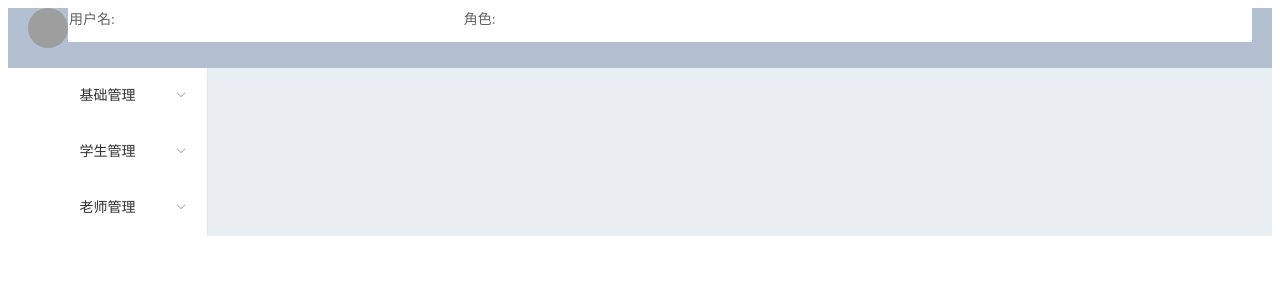
Repository: lwm9704/school-front
Page: /#/home
An editor plug-in stored every save of this project. The page is shown before and after the next save, followed by the edit.
The browser window is 1280 px wide. The pictures show the whole page.
Pictures or frames that could not be fetched are drawn as grey boxes. The project was rebuilt for these pictures with package versions that can differ from the ones it lists, and the page was loaded fresh each time. Also part of the build but not shown: src/view/login.vue.

Above is the page before, as saved 2021-11-15 14:51:18.

### src/main.js
// The Vue build version to load with the `import` command
// (runtime-only or standalone) has been set in webpack.base.conf with an alias.
import Vue from 'vue'
import App from './App'
import router from './router'
import ElementUI from 'element-ui'
import 'element-ui/lib/theme-chalk/index.css'
import Vuex from 'vuex'

Vue.config.productionTip = false
Vue.use(ElementUI)
Vue.use(Vuex)

/* eslint-disable no-new */
new Vue({
  el: '#app',
  router,
  components: { App },
  template: '<App/>'
})

### src/router/index.js

import Vue from 'vue'
import Router from 'vue-router'
import Login from '@/view/login'
import Home from '../view/home'


Vue.use(Router)

export default new Router({
  routes: [
    {
      path: '/',
      redirect: '/login',
    },
    {
      path: '/login',
      name: 'login',
      component: Login
    },
    {
      path: '/home',
      name: 'home',
      component: Home,
      children: [
        {
          path: '/user',
          name: 'user',
          component: () => import('@/view/user')
        },
        {
          path: '/code',
          name: 'code',
          component: () => import('@/view/code')
        },
        {
          path: '/course',
          name: 'course',
          component: () => import('@/view/course')
        },
        {
          path: '/grade',
          name: 'grade',
          component: () => import('@/view/grade')
        },
        {
          path: '/lecture',
          name: 'lecture',
          component: () => import('@/view/lecture')
        },
        {
          path: '/member',
          name: 'member',
          component: () => import('@/view/member')
        },
        {
          path: '/score',
          name: 'score',
          component: () => import('@/view/score')
        },
        {
          path: '/teaching',
          name: 'teaching',
          component: () => import('@/view/teaching')
        }
      ]
    },

  ]
})

### src/view/home.vue
<template>
  <el-container>
    <el-header>
      <div class="header">
        <myHeader></myHeader>
      </div>
    </el-header>
    <el-container>
      <el-aside width="200px" class="Aside">
        <leftMenu></leftMenu>
      </el-aside>
      <el-container>
        <el-main>
          <router-view></router-view>
        </el-main>
      </el-container>
    </el-container>
  </el-container>
</template>
<script>
import req from "../js/home";
import leftMenu from "../components/leftMenu";
import myHeader from "../components/myHeader";
export default {
  components: {
    leftMenu,
    myHeader,
  },

  methods: {
    // handlerSelect(key, path) {
    //   console.log(key, path);
    //   // console.log(this.$route.path)
    //   if (path !== this.$route.path) {
    //     this.$router.replace({ path: path});
    //     // this.$router.push({path: key, query: {}})
    //   }
    //   // this.$router.push({name: key, params: {}})
    //   console.log(key);
    //   console.log(path);
    // },
    //侧边栏的方法
    handleOpen(key, keyPath) {
      console.log(key, keyPath);
    },
    handleClose(key, keyPath) {
      console.log(key, keyPath);
    },
  },
  mounted() {},
};
</script>
<style lang="scss" scoped>
.el-header,
.el-footer {
  background-color: #b3c0d1;
  color: #333;
  text-align: center;
  line-height: 60px;
}

.el-aside {
  background-color: #d3dce6;
  color: #333;
  text-align: center;
  line-height: 200px;
}

.el-main {
  background-color: #e9eef3;
  color: #333;
  text-align: center;
  line-height: 160px;
}

body > .el-container {
  margin-bottom: 40px;
}
</style>

### src/js/home.js
import req from "../fect/rquestConfig";

const config = {
    getUserInfo: {
        url: '/user/selectOfCondition',
        method: 'get'
    },
}
const request = function (funcName, requestParam) {
    return req(config[funcName].url, config[funcName].method, requestParam, {}, config[funcName].fileConfig)
}
export default request

### src/components/leftMenu.vue
<template>
  <div>
    <el-menu class="el-menu-vertical-demo" :default-active="this.$router.path" router @open="handleOpen" @close="handleClose" >
      <el-submenu v-for="(item,index) in menuList" :index="index+''" :key="item.labe" >
        <template slot="title">{{item.labe}}</template>
        <div v-if="item.children">
          <el-menu-item
            v-for="items in item.children"
            :index="items.path"
            :key="items.path"
          >
            <template slot="title">
              {{items.labe}}
              </template>
          </el-menu-item>
        </div>
      </el-submenu>
    </el-menu>
  </div>
</template>

<script>
// import router from 'vue-router'
export default {
  name: "leftMenu",
  props: [],
  data() {
    return {
      menuList: [
        {
          index: '1',
          labe: "基础管理",
          children: [
            {
              index: '1 - 1',
              labe: "编码管理",
              path: "/code"
            },
            {
              index: '1 - 2',
              labe: "用户管理",
              path: "/user"
            },
            {
              index: '1 - 3',
              labe: "班级管理",
              path: "/grade"
            },
            {
              index: '1 - 4',
              labe: "课程管理",
              path: "/course"
            }
          ]
        },
        {
          index: '2',
          labe: "学生管理",
          children: [
            {
              index: '2 - 1',
              labe: "学生家庭成员管理",
              path: "/member"
            },
            {
              index: '2 - 2',
              labe: "考试成绩管理",
              path: "/score"
            }
          ]
        },
        {
          index: '3',
          labe: "老师管理",
          children: [
            {
              index: '3 - 1',
              labe: "教学管理",
              path: "/teaching"
            },
            {
              index: '3 - 2',
              labe: "授课管理",
              path: "/lecture"
            }
          ]
        }
      ]
    };
  },
  methods: {
    // handlerSelect(key, path) {
      // console.log(key,path)
      // if (path !== this.$route.path) {
      //   this.$router.replace({path:'path'});
      //   // this.$router.push({path: key, query: {}})
      // }
      // // this.$router.push({name: key, params: {}})
      // console.log(key);
      // console.log(path);
      // this.$emit('select', key,path);
    // },
    handleOpen(key, keyPath) {
      console.log(key, keyPath);
    },
    handleClose(key, keyPath) {
      console.log(key, keyPath);
    }
  }
};
</script>

<!-- Add "scoped" attribute to limit CSS to this component only -->
<style scoped>
</style>

### src/components/myHeader.vue
<template>
  <div class="myHeader">
    <div class="avatar">
      <el-avatar
        src="https://cube.elemecdn.com/0/88/03b0d39583f48206768a7534e55bcpng.png"
      ></el-avatar>
    </div>
    <div class="userInfo">
      <el-descriptions>
        <el-descriptions-item label="用户名">{{
          userInfo.account
        }}</el-descriptions-item>
        <el-descriptions-item label="角色">{{
          userInfo.role
        }}</el-descriptions-item>
      </el-descriptions>
    </div>
  </div>
</template>
<script>
export default {
  name: "myHeader",
  props: [],
  data() {
    return {
      userInfo: {
        userId: "",
        account: "",
        role: "",
      },
    };
  },
  methods: {
    getUserInfo() {},
  },
  mounted() {
    this.getUserInfo();
  },
};
</script>
<style lang="scss" scoped>
.myHeader {
  display: flex;
  justify-self: start;
  .userInfo {
    height: 100%;
    width: 100%;
  }
  el-descriptions-item {
    height: 100%;
    width: 100%;
  }
}
</style>

### src/fect/rquestConfig.js
import axios from 'axios'
import { throwErr } from './throwErr'

// const urlHead = 'http://305o99f251.wicp.vip'
const urlHead = 'http://localhost:9000'
const qs = require('qs')

/**
 *
 * @param {String} url 请求路径
 * @param {String} method 请求方法
 * @param {Object} params 请求参数
 * @param {Object} requestHeader 请求头
 * @param {Object} fileConfig ---> {type, fileName} 导出配置 ---> 导出类型, 文件名称
 */
const req = function (url, method, params, requestHeader, fileConfig = {}) {
    let instance = axios.create({
        baseURL: urlHead,
        timeout: 60000
    })

    // 添加请求拦截器
    instance.interceptors.request.use(config => {
        return config
    }, error => {
        return Promise.reject(error)
    })

    let requestConfig = {
        url: url,
        method: method,
        //将header、params、token复制到目标
        params: Object.assign({}, params, { access_token: JSON.parse(sessionStorage.getItem('userInfo')).access_token }),
        data: qs.stringify(Object.assign({}, params, { access_token: JSON.parse(sessionStorage.getItem('userInfo')).access_token })),
        headers: {},
        responseType: fileConfig.type === 'file' ? 'blob' : ''
    }

    let getReg = /get|GET/
    let postReg = /post|POST/

    let fileData = {}

    let timer = null

    // 请求类型为导出时，添加vuex状态管理，定时修改vuex对应记录，请求完成或者请求报错时，停止定时器
    if (fileConfig.type === 'file') {
        fileData = {
            fileId: new Date().getTime(),
            fileName: fileConfig.fileName,
            fileLoadTime: 0,
            fileStatus: 'downloading',
            errorInfo: '',
            fileUrl: null
        }

    }

    if (getReg.test(requestConfig.method)) {
        delete requestConfig.data
        requestConfig.headers['Content-Type'] = 'application/json'
    } else if (postReg.test(requestConfig.method)) {
        delete requestConfig.params
        requestConfig.headers['Content-Type'] = 'application/x-www-form-urlencoded'
    }

    // 添加响应拦截器
    instance.interceptors.response.use(response => {
        clearInterval(timer)
        timer = null

        if (response.status === 200) {
            if (fileConfig.type === 'file') {
                fileData.fileStatus = 'success'
                fileData.fileUrl = window.URL.createObjectURL(new Blob([response.data]))
                // store.commit('changeExportFileList', fileData)
            }

            return response.data
        } else {
            if (fileConfig.type === 'file') {
                fileData.fileStatus = 'error'
                // store.commit('changeExportFileList', fileData)
            }

            throw new Error(throwErr(response))
        }
    }, error => {
        clearInterval(timer)
        timer = null

        if (fileConfig.type === 'file') {
            fileData.fileStatus = 'error'
            // store.commit('changeExportFileList', fileData)
        }

        return Promise.reject(error)
    })

    return instance(requestConfig)
}

export default req

### src/fect/throwErr.js
// axios错误信息匹配
export const throwErr = (response) => {
    let message = '请求错误'
    switch (response.status) {
        case 400:
            message = '请求错误'
            break
        case 401:
            message = '未授权，请登录'
            break
        case 403:
            message = '拒绝访问'
            break
        case 404:
            message = `请求地址出错: ${response.config.url}`
            break
        case 408:
            message = '请求超时'
            break
        case 500:
            message = '服务器内部错误'
            break
        case 501:
            message = '服务未实现'
            break
        case 502:
            message = '网关错误'
            break
        case 503:
            message = '服务不可用'
            break
        case 504:
            message = '网关超时'
            break
        case 505:
            message = 'HTTP版本不受支持'
            break
        default:
    }
    return '错误码:' + response.status + ' ' + '错误信息:' + message
}

Loaded but not shown: index.html (common file); src/App.vue (common file)

After the next save:
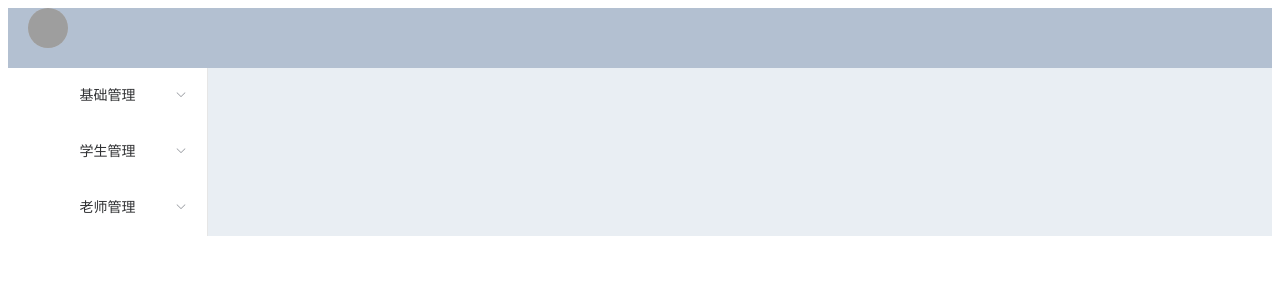
Saved 100 s later.
--- a/src/components/myHeader.vue
+++ b/src/components/myHeader.vue
@@ -6,14 +6,11 @@
       ></el-avatar>
     </div>
     <div class="userInfo">
-      <el-descriptions>
-        <el-descriptions-item label="用户名">{{
-          userInfo.account
-        }}</el-descriptions-item>
-        <el-descriptions-item label="角色">{{
-          userInfo.role
-        }}</el-descriptions-item>
-      </el-descriptions>
+      <dd>
+        <dl>
+
+        </dl>
+      </dd>
     </div>
   </div>
 </template>
@@ -46,9 +43,5 @@ export default {
     height: 100%;
     width: 100%;
   }
-  el-descriptions-item {
-    height: 100%;
-    width: 100%;
-  }
 }
 </style>
